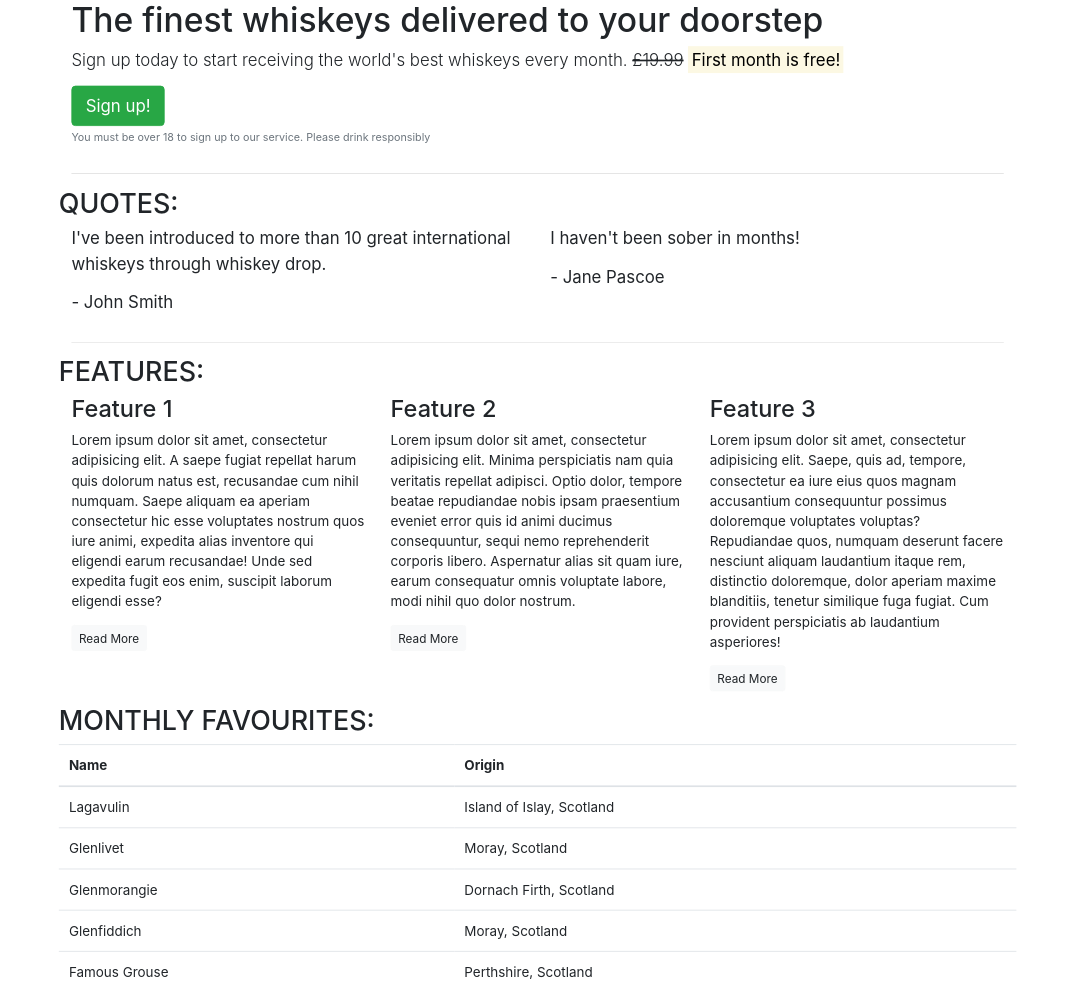
Repository: LouWills/WhiskeyDrop-bootstrap
Page: index.html
The author's editor kept a record of every edit. The page is drawn from the files as they stood at one moment, then again after the next edit.
The browser window is 1280 px wide. The pictures show the whole page, at 84% of full size.

Above is the page before.
Console error: TypeError: Cannot read properties of undefined (reading 'fn')

### index.html
<!DOCTYPE html>
<html lang="en">
<head>
    <meta charset="UTF-8">
    <meta name="viewport" content="width=device-width, initial-scale=1.0">
    <meta http-equiv="X-UA-Compatible" content="ie=edge">
    <link rel="stylesheet" href="https://stackpath.bootstrapcdn.com/bootstrap/4.3.1/css/bootstrap.min.css" integrity="sha384-ggOyR0iXCbMQv3Xipma34MD+dH/1fQ784/j6cY/iJTQUOhcWr7x9JvoRxT2MZw1T" crossorigin="anonymous">
<script src="https://stackpath.bootstrapcdn.com/bootstrap/4.3.1/js/bootstrap.min.js" integrity="sha384-JjSmVgyd0p3pXB1rRibZUAYoIIy6OrQ6VrjIEaFf/nJGzIxFDsf4x0xIM+B07jRM" crossorigin="anonymous"></script>
    <!--main.css are my own styles on the website-->
    <link rel="stylesheet" href="main.css" type="text/css" />
    <title>Whiskey Drop_Taste a new whiskey every month</title>
</head>
<body>
   <article class="container">
       <!--callout-->
       <div class="row">
           <div class="col-12">
               <section class="callout">
                   <h1>The finest whiskeys delivered to your doorstep</h1>
                   <p class="lead">Sign up today to start receiving the world's best whiskeys every month. <s>£19.99</s> <strong><mark>First month is free!</mark></strong></p>
                    <button class="btn btn-success btn-lg btn-tablet">Sign up!</button>
                   <p class="text-muted"><small>You must be over 18 to sign up to our service. Please drink responsibly</small></p>
               </section>
           </div>
       </div>
       <!--/.callout-->
       <hr>

       <!-- Quotes -->
       <section class="quotes">
           <div class="row">
               <h2 class="text-uppercase">Quotes:</h2>
           </div>
           <div class="row">
               <div class="col-6">
                   <blockquote class="blockquote">
                       <p>I've been introduced to more than 10 great international whiskeys through whiskey drop.</p>
                       <p>- John Smith</p>
                   </blockquote>
               </div>
               <div class="col-6">
                   <blockquote class="blockquote">
                       <p>I haven't been sober in months!</p>
                       <p>- Jane Pascoe</p>
                   </blockquote>
               </div>
           </div>
        </section>
        <!--/.quotes-->

        <hr>

        <!--Features-->
        <section class="features">
            <div class="row">
                <h2 class="text-uppercase">Features:</h2>
            </div>
            <div class="row">
                <div class="col-4">
                    <div class="feature">
                        <h3>Feature 1</h3>
                        <p>Lorem ipsum dolor sit amet, consectetur adipisicing elit. A saepe fugiat repellat harum quis dolorum natus est, recusandae cum nihil numquam. Saepe aliquam ea aperiam consectetur hic esse voluptates nostrum quos iure animi, expedita alias inventore qui eligendi earum recusandae! Unde sed expedita fugit eos enim, suscipit laborum eligendi esse?</p>
                        <p><a class="btn btn-sm btn-light btn-tablet" href="">Read More</a></p>
                    </div>
                </div>
                <div class="col-4">
                    <div class="feature">
                        <h3>Feature 2</h3>
                        <p>Lorem ipsum dolor sit amet, consectetur adipisicing elit. Minima perspiciatis nam quia veritatis repellat adipisci. Optio dolor, tempore beatae repudiandae nobis ipsam praesentium eveniet error quis id animi ducimus consequuntur, sequi nemo reprehenderit corporis libero. Aspernatur alias sit quam iure, earum consequatur omnis voluptate labore, modi nihil quo dolor nostrum.</p>
                        <p><a class="btn btn-sm btn-light btn-tablet" href="">Read More</a></p>
                    </div>
                </div>
                <div class="col-4">
                    <div class="feature">
                        <h3>Feature 3</h3>
                        <p>Lorem ipsum dolor sit amet, consectetur adipisicing elit. Saepe, quis ad, tempore, consectetur ea iure eius quos magnam accusantium consequuntur possimus doloremque voluptates voluptas? Repudiandae quos, numquam deserunt facere nesciunt aliquam laudantium itaque rem, distinctio doloremque, dolor aperiam maxime blanditiis, tenetur similique fuga fugiat. Cum provident perspiciatis ab laudantium asperiores!</p>
                        <p><a class="btn btn-sm btn-light btn-tablet" href="">Read More</a></p>
                    </div>
                </div>
            </div>
        </section>
        <!-- /.Features -->

        <!--Monthly Favourites-->
        <section class="monthlyFavourites">
            <div class="row">
                <h2 class="text-uppercase">Monthly favourites:</h2>
            </div>
            <div class="row">
                <table class="table">
                    <thead>
                        <tr>
                          <th scope="col" class="tab-header">Name</th>
                          <th scope="col" class="tab-header">Origin</th>
                        </tr>
                    </thead>
                    <tbody>
                        <tr>
                          <td>Lagavulin</td>
                          <td>Island of Islay, Scotland</td>
                        </tr>
                        <tr>
                          <td>Glenlivet</td>
                          <td>Moray, Scotland</td>
                        </tr>
                        <tr>
                          <td>Glenmorangie</td>
                          <td>Dornach Firth, Scotland</td>
                        </tr>
                         <tr>
                          <td>Glenfiddich</td>
                          <td>Moray, Scotland</td>
                        </tr>
                        <tr>
                          <td>Famous Grouse</td>
                          <td>Perthshire, Scotland</td>
                        </tr>
                    </tbody>
                </table>
            </div>
        </section>
   </article>
</body>
</html>

### main.css
@media (max-width: 767px) {
    .btn-tablet {
    margin:auto;
    display:block;
}
}

After the next edit:
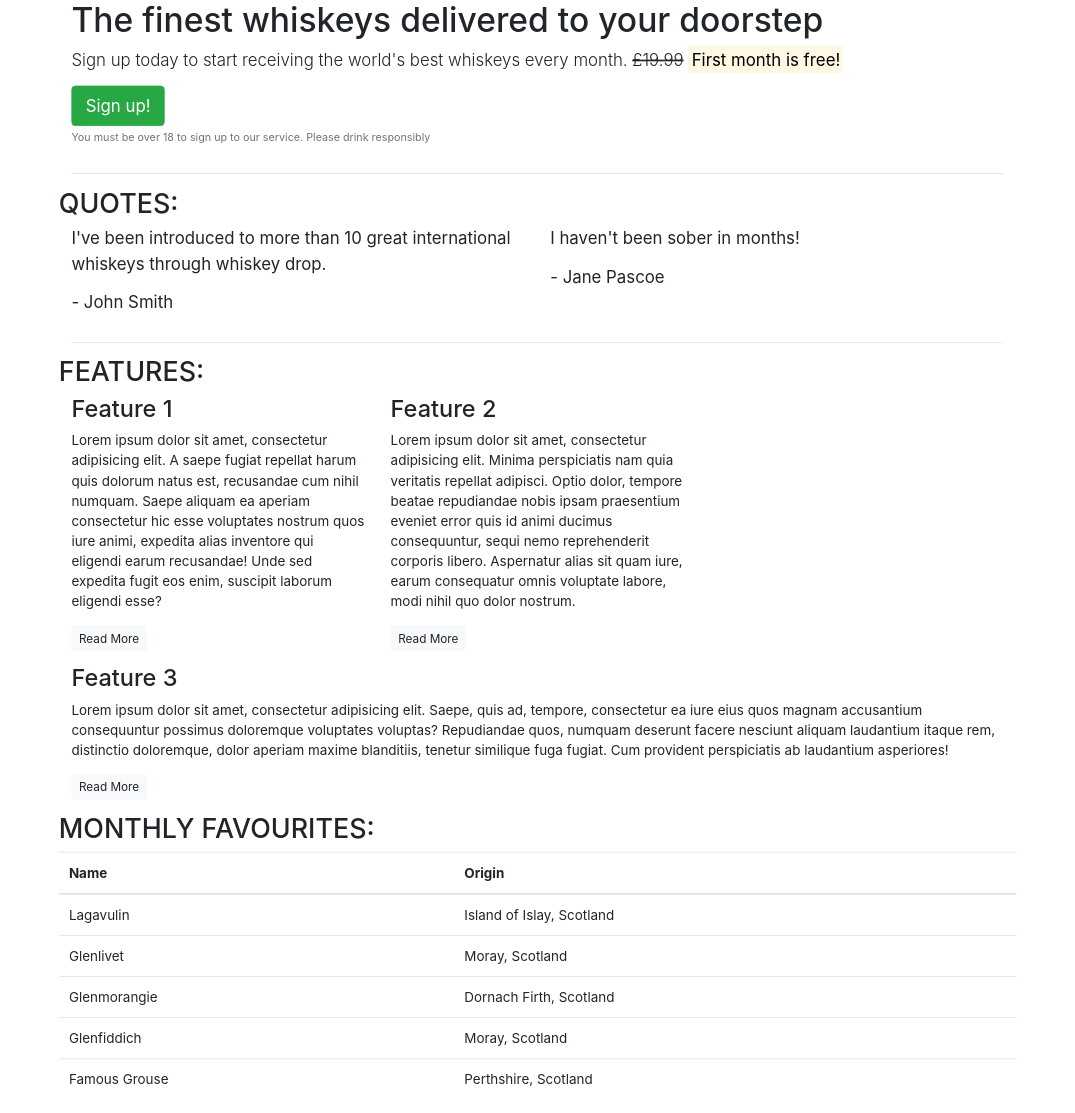
The edit:
--- a/index.html
+++ b/index.html
@@ -70,7 +70,7 @@
                         <p><a class="btn btn-sm btn-light btn-tablet" href="">Read More</a></p>
                     </div>
                 </div>
-                <div class="col-4">
+                <div class="col-4 col-sm-12">
                     <div class="feature">
                         <h3>Feature 3</h3>
                         <p>Lorem ipsum dolor sit amet, consectetur adipisicing elit. Saepe, quis ad, tempore, consectetur ea iure eius quos magnam accusantium consequuntur possimus doloremque voluptates voluptas? Repudiandae quos, numquam deserunt facere nesciunt aliquam laudantium itaque rem, distinctio doloremque, dolor aperiam maxime blanditiis, tenetur similique fuga fugiat. Cum provident perspiciatis ab laudantium asperiores!</p>
